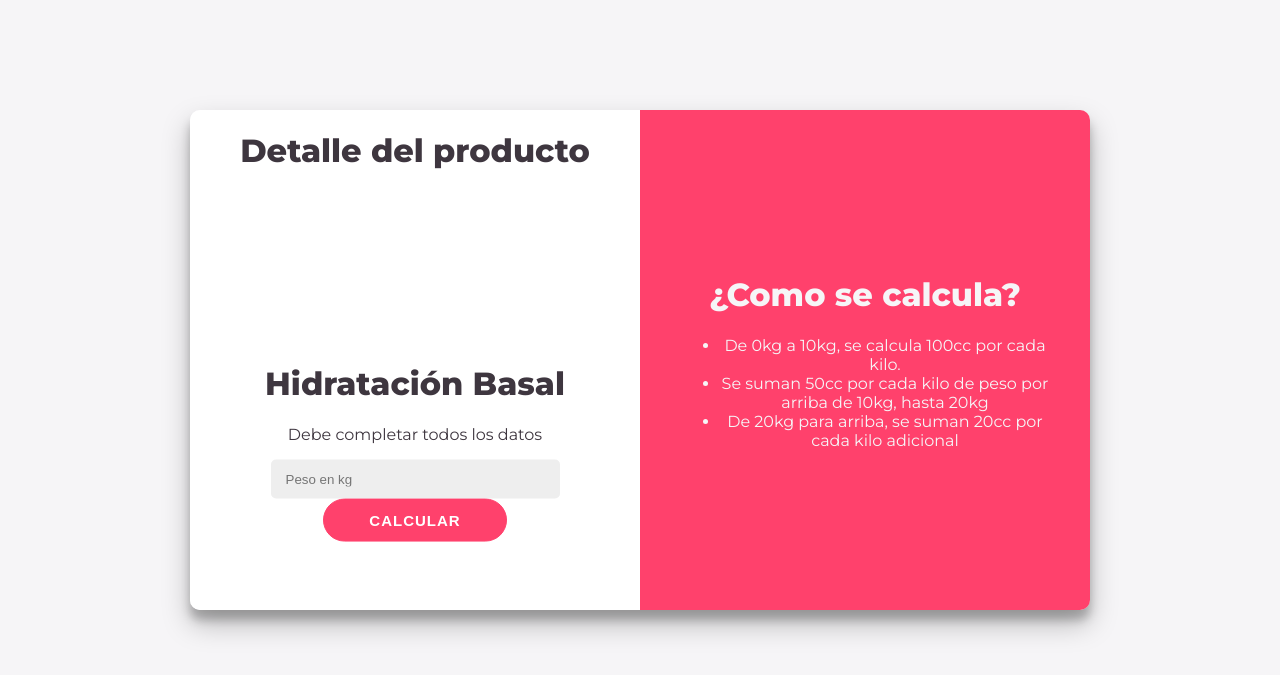
Repository: Fredy452/calculadora_basal
Page: index.html
An editor plug-in stored every save of this project. The page is shown before and after the next save, followed by the edit.
The browser window is 1280 px wide. The pictures show the whole page.

Above is the page before, as saved 2023-04-21 11:48:51.

After the next save:
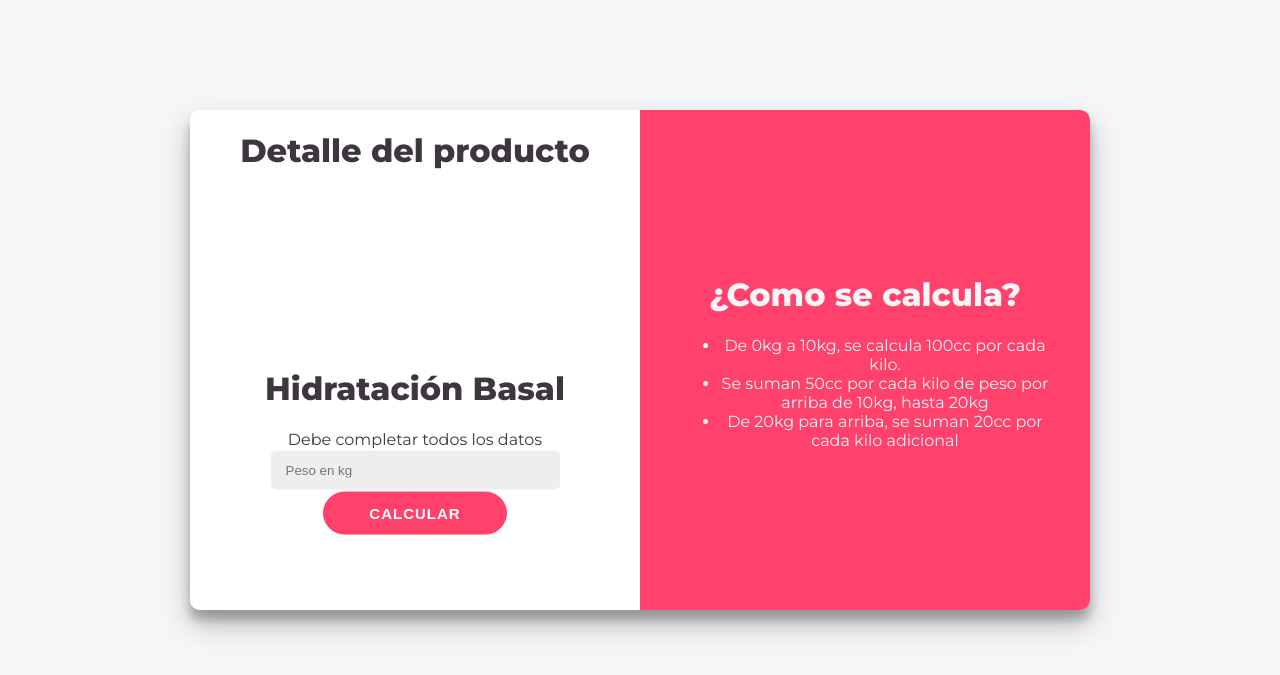
Saved 12 s later.
--- a/style.css
+++ b/style.css
@@ -79,6 +79,6 @@ button:active{
     margin-bottom: 5px;
     display: none;
 }
-item{
+.item{
     margin: 2px;
 }
